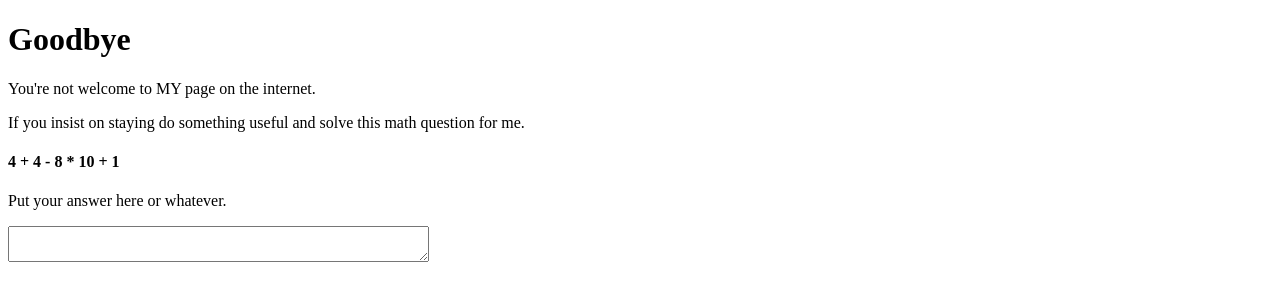
Repository: ParkerW98/Customer-Dis-service
Page: docs/index.html
The author's editor kept a copy of each file at every save. The page is drawn from the files as they stood at one save, then again after the next save.
The browser window is 1280 px wide. The pictures show the whole page.

Above is the page before, as saved 2023-04-19 17:00:21.
Console error: TypeError: Cannot set properties of null (setting 'innerHTML')

### docs/index.html
<!DOCTYPE html>
<html lang="en">
<head>
    <meta charset="UTF-8">
    <meta http-equiv="X-UA-Compatible" content="IE=edge">
    <meta name="viewport" content="width=device-width, initial-scale=1.0">

    <link rel="stylesheet" type="text/css" href="indexStyle.css">

    <script src="index.js"></script>

    <title>Document</title>
</head>
<body>
    <h1>Goodbye</h1>
    <p>You're not welcome to MY page on the internet.</p>
    <p>If you insist on staying do something useful and solve this math question for me.</p>

    <form>
        <div id="math-problem">
            <h4 id="math-problem">4 + 4 - 8 * 10 + 1</h4>
            <p>Put your answer here or whatever.</p>
            <textarea cols="50" id="answer" onfocus="changeMath()"></textarea>
        </div>
    </form>
</body>
</html>

### docs/index.js
const mathProblem = document.getElementById("math-problem");

document.getElementById("math-problem").innerHTML = '4 + 4 - 8 * 10 + 1';

Loaded but not shown: docs/indexStyle.css (no stored copy; drawn as an empty file)

After the next save:
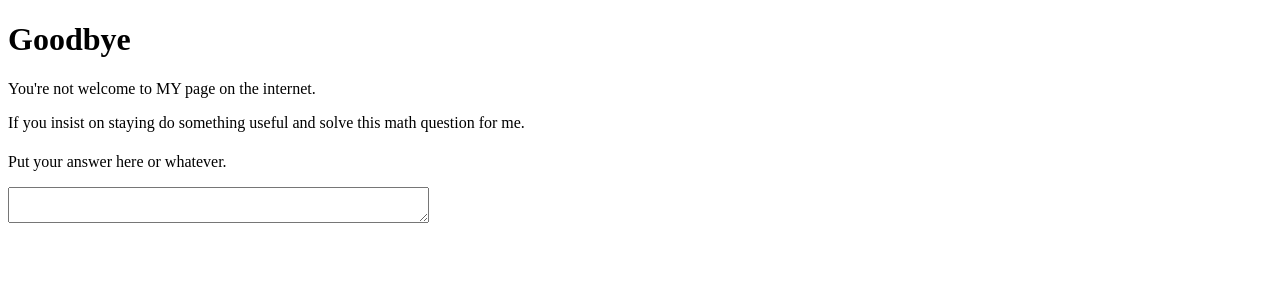
Saved 4 s later.
--- a/docs/index.html
+++ b/docs/index.html
@@ -18,7 +18,7 @@
 
     <form>
         <div id="math-problem">
-            <h4 id="math-problem">4 + 4 - 8 * 10 + 1</h4>
+            <h4 id="math-problem"></h4>
             <p>Put your answer here or whatever.</p>
             <textarea cols="50" id="answer" onfocus="changeMath()"></textarea>
         </div>

After the 3 saves that followed:
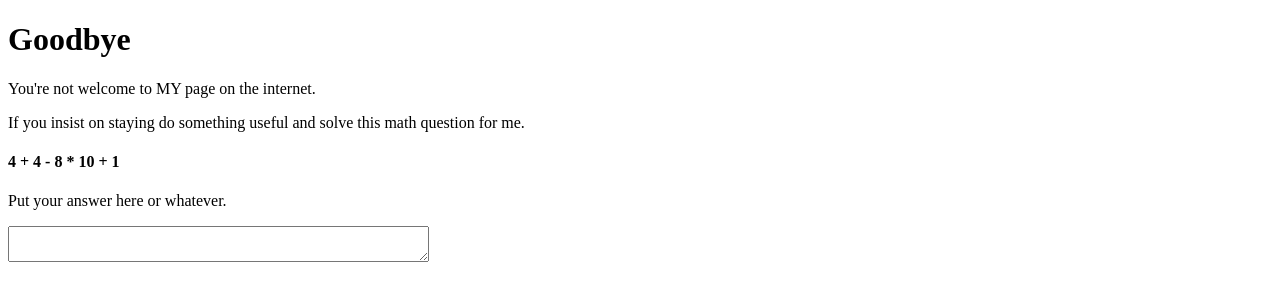
The error is gone.
The 3 saves are shown as one change because 2 left the picture as it was.
The last was saved 12 min 30 s later.
--- a/docs/index.html
+++ b/docs/index.html
@@ -18,7 +18,7 @@
 
     <form>
         <div id="math-problem">
-            <h4 id="math-problem"></h4>
+            <h4 id="math-problem">4 + 4 - 8 * 10 + 1</h4>
             <p>Put your answer here or whatever.</p>
             <textarea cols="50" id="answer" onfocus="changeMath()"></textarea>
         </div>
--- a/docs/index.js
+++ b/docs/index.js
@@ -1,3 +1,17 @@
 const mathProblem = document.getElementById("math-problem");
 
-document.getElementById("math-problem").innerHTML = '4 + 4 - 8 * 10 + 1';
+function changeMath() {
+
+    let H = document.createElement("h4");
+
+    H.setAttribute("id", "math-problem");
+
+    let problemTwo = document.createTextNode("1 + 10 * 8 -4 + 4");
+
+    let problemOne = document.getElementById("math-problem");
+
+    H.appendChild(problemTwo);
+
+    math-problem.replaceChild(H, math-problem[0]);
+
+}
